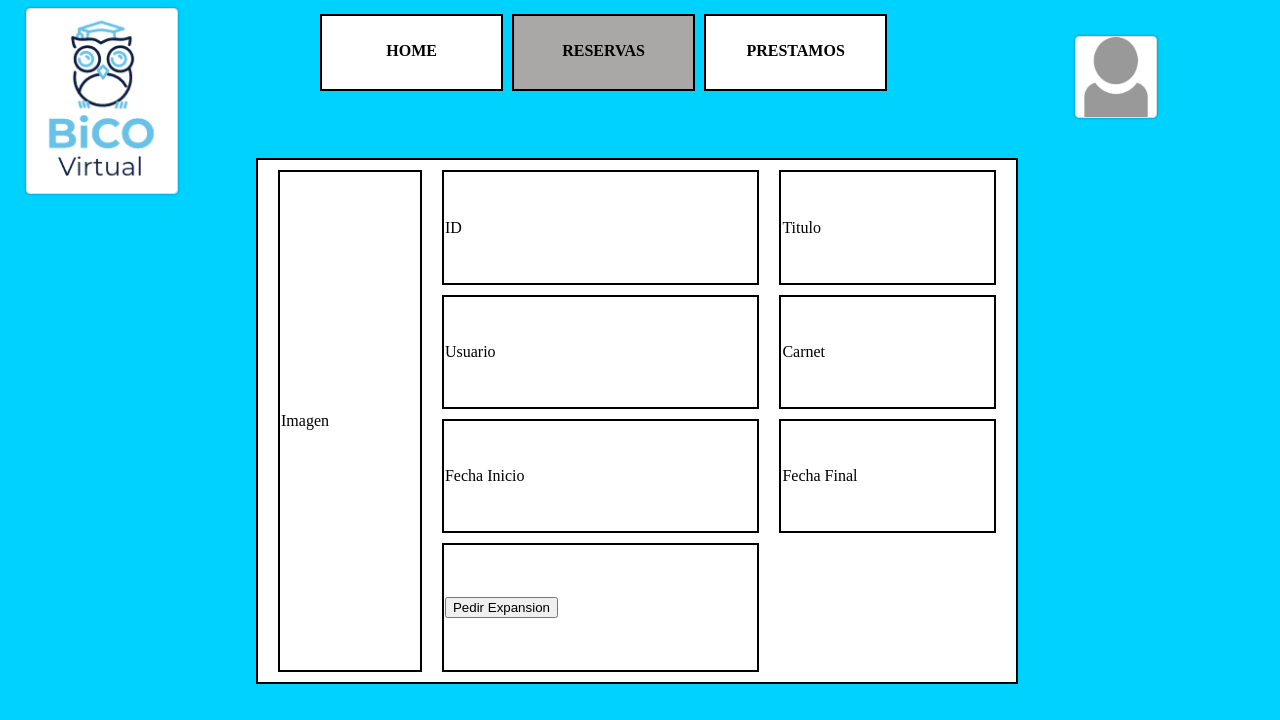
Repository: i72frpeu/IW_Bien
Page: http://localhost/Trabajo_IW/Vistas/Prestamo.jsp
The author's editor kept a copy of each file at every save. The page is drawn from the files as they stood at one save, then again after the next save.
The browser window is 1280 px wide. The pictures show the whole page.
The page is served by Tomcat 9.

Above is the page before, as saved 2020-05-16 20:22:58.

After the next save:
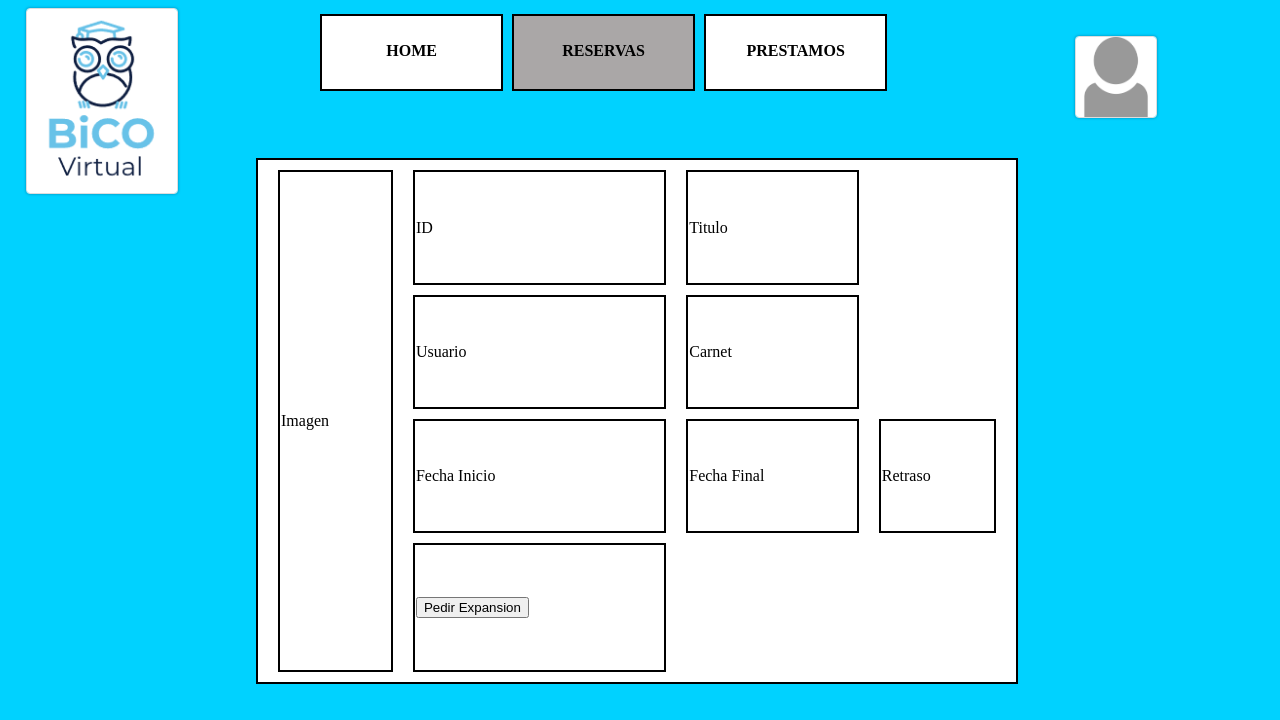
Saved 24 s later.
--- a/WorkSpace/Trabajo IW/WebContent/Vistas/Prestamo.jsp
+++ b/WorkSpace/Trabajo IW/WebContent/Vistas/Prestamo.jsp
@@ -24,7 +24,7 @@
 			<td class = "tdlibro" > Usuario </td> <td class = "tdlibro"> Carnet</td>
 		</tr>
 		<tr>
-			<td class = "tdlibro"> Fecha Inicio </td> <td class = "tdlibro"> Fecha Final </td>
+			<td class = "tdlibro"> Fecha Inicio </td> <td class = "tdlibro"> Fecha Final </td> <td class = "tdlibro"> Retraso </td>
 		</tr>
 		<tr>
 			<td class = "tdlibro"> <a href = "Reservas.jsp"><button>Pedir Expansion</button></a> </td>
